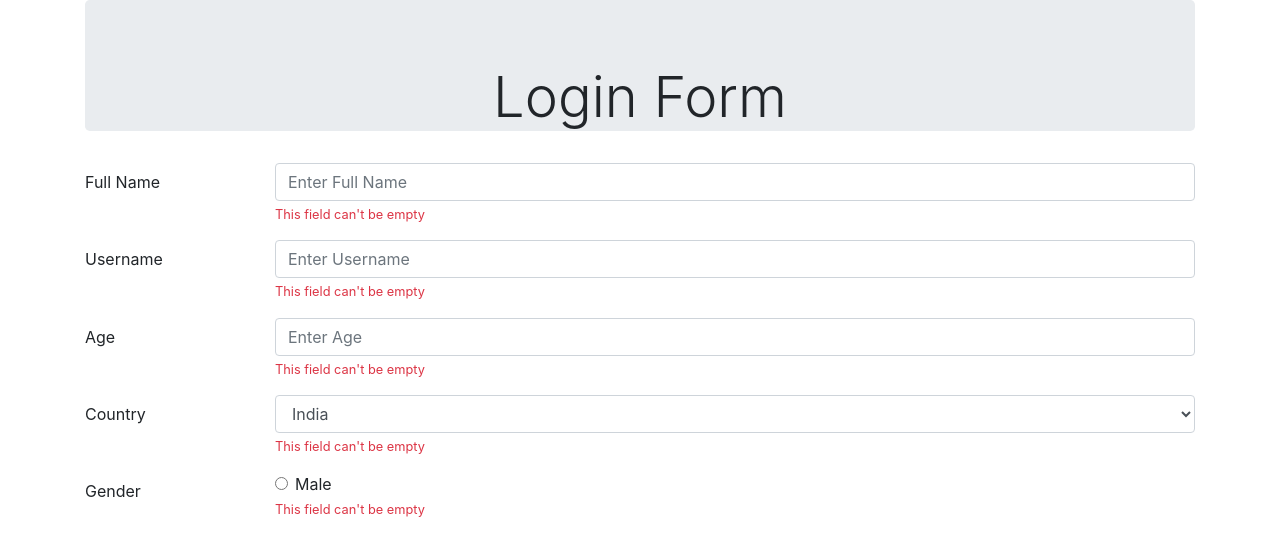
Repository: amar468S/Ng-templateDrivenForm
Page: /
An editor plug-in stored every save of this project. The page is shown before and after the next save, followed by the edit.
The browser window is 1280 px wide. The pictures show the whole page.
Some web libraries are served in a nearby version. The project was rebuilt for these pictures with package versions that can differ from the ones it lists, and the page was loaded fresh each time. Also part of the build but not shown: angular.json.

Above is the page before, as saved 2019-02-03 15:56:38.

After the next save:
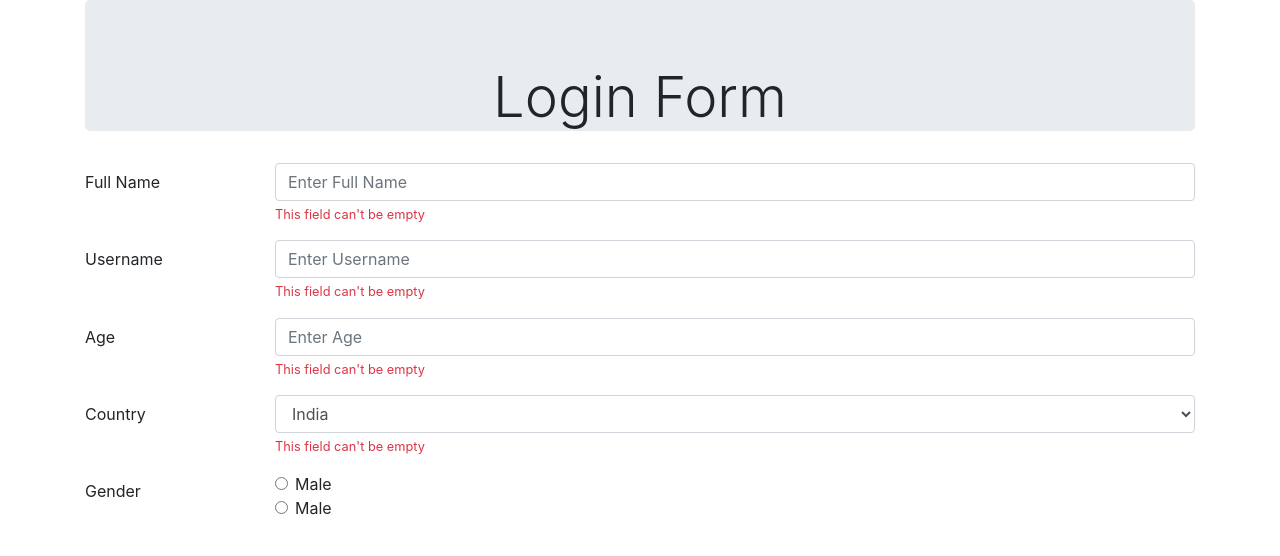
Saved 10 s later.
--- a/src/app/app.component.html
+++ b/src/app/app.component.html
@@ -44,7 +44,10 @@
               <input class="form-check-input" type="radio" name="gender">
               <label class="form-check-label">Male</label>
             </div>
-            <small class="form-text text-danger">This field can't be empty</small>
+            <div class="form-check">
+                <input class="form-check-input" type="radio" name="gender">
+                <label class="form-check-label">Male</label>
+              </div>
           </div>
       </div>
   </form>
